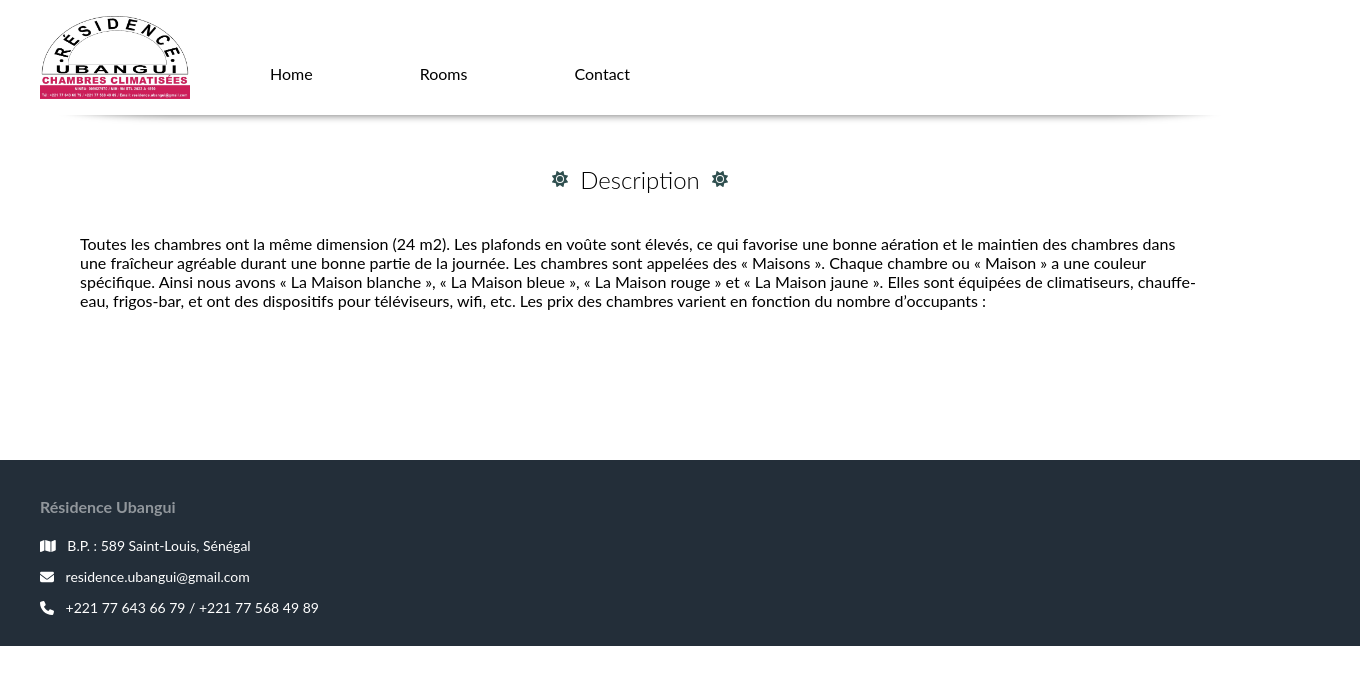
Repository: Nedjim/ubangui
Page: /rooms
An editor plug-in stored every save of this project. The page is shown before and after the next save, followed by the edit.
The browser window is 1280 px wide. The page is 1360 px wide, so the pictures cover 1360 px, including what lies to the right of the window. The pictures show the whole page.
The project was rebuilt for these pictures with package versions that can differ from the ones it lists, and the page was loaded fresh each time. The framework's server and built-in components were replaced by stand-ins that run in the browser. Also part of the build but not shown: nuxt.config.ts, components/Carousel.vue, components/Test.vue, components/Title.vue.

Above is the page before, as saved 2024-01-14 12:44:47.

After the next save:
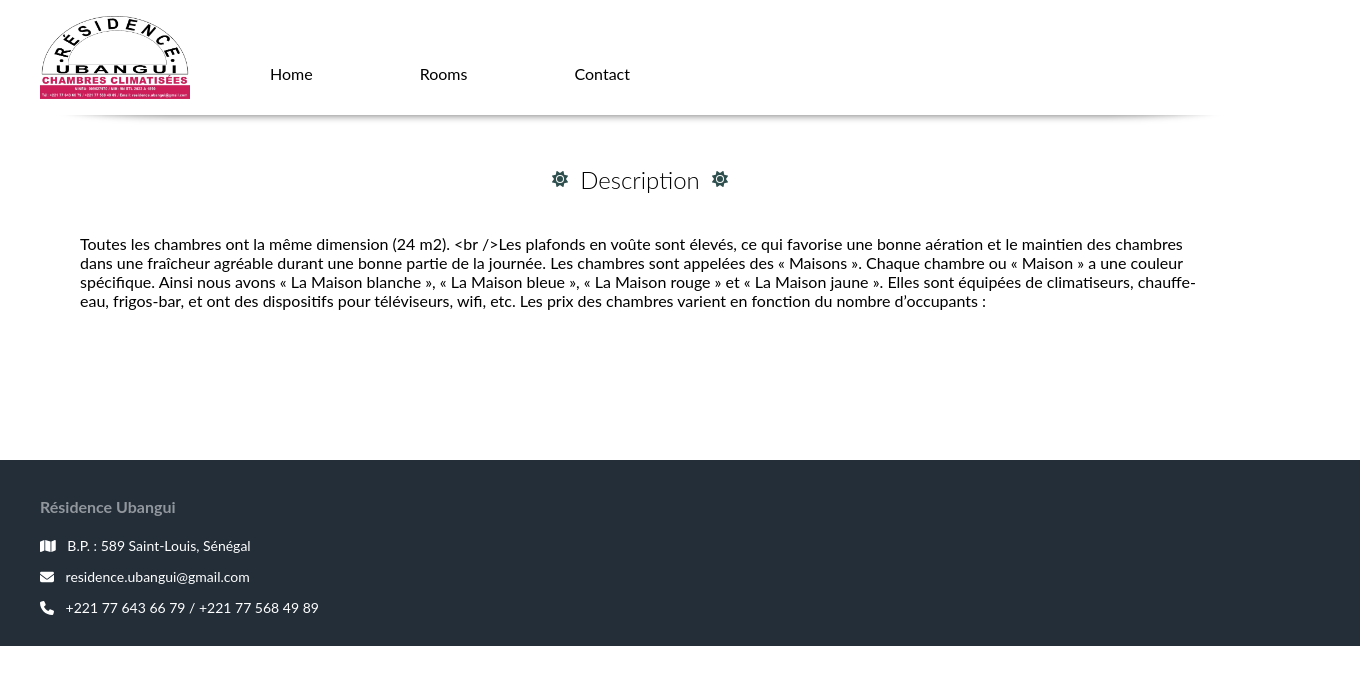
Saved 106 s later.
--- a/pages/rooms.vue
+++ b/pages/rooms.vue
@@ -1,6 +1,6 @@
 <script setup lang="ts">
 const content =
-  "Toutes les chambres ont la même dimension (24 m2). \nLes plafonds en voûte sont élevés, ce qui favorise une bonne aération et le maintien des chambres dans une fraîcheur agréable durant une bonne partie de la journée. Les chambres sont appelées des « Maisons ». Chaque chambre ou « Maison » a une couleur spécifique. Ainsi nous avons « La  Maison blanche », « La Maison bleue », « La Maison rouge » et « La Maison jaune ». Elles sont équipées de climatiseurs, chauffe-eau, frigos-bar,  et ont des dispositifs  pour téléviseurs, wifi, etc. Les prix des chambres varient en fonction du nombre  d’occupants :";
+  "Toutes les chambres ont la même dimension (24 m2). <br />Les plafonds en voûte sont élevés, ce qui favorise une bonne aération et le maintien des chambres dans une fraîcheur agréable durant une bonne partie de la journée. Les chambres sont appelées des « Maisons ». Chaque chambre ou « Maison » a une couleur spécifique. Ainsi nous avons « La  Maison blanche », « La Maison bleue », « La Maison rouge » et « La Maison jaune ». Elles sont équipées de climatiseurs, chauffe-eau, frigos-bar,  et ont des dispositifs  pour téléviseurs, wifi, etc. Les prix des chambres varient en fonction du nombre  d’occupants :";
 </script>
 
 <template>

After the save that followed:
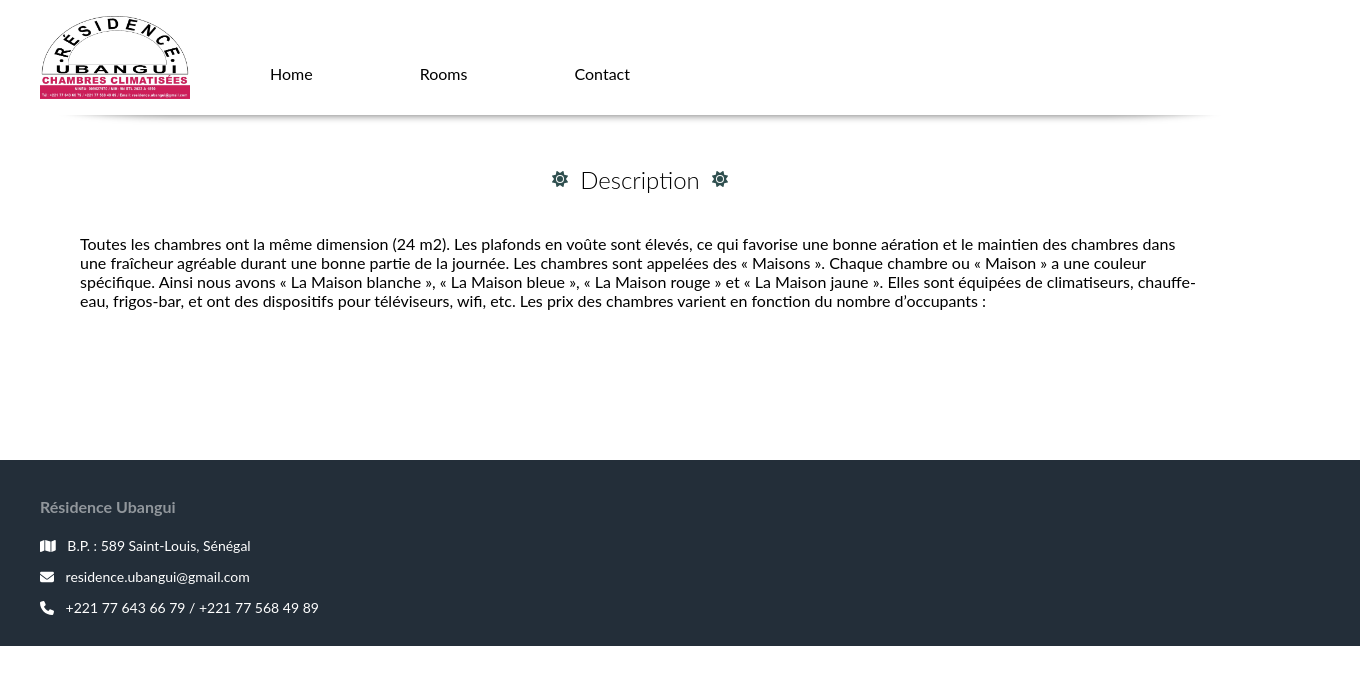
Saved 9 s later.
--- a/pages/rooms.vue
+++ b/pages/rooms.vue
@@ -1,6 +1,6 @@
 <script setup lang="ts">
 const content =
-  "Toutes les chambres ont la même dimension (24 m2). <br />Les plafonds en voûte sont élevés, ce qui favorise une bonne aération et le maintien des chambres dans une fraîcheur agréable durant une bonne partie de la journée. Les chambres sont appelées des « Maisons ». Chaque chambre ou « Maison » a une couleur spécifique. Ainsi nous avons « La  Maison blanche », « La Maison bleue », « La Maison rouge » et « La Maison jaune ». Elles sont équipées de climatiseurs, chauffe-eau, frigos-bar,  et ont des dispositifs  pour téléviseurs, wifi, etc. Les prix des chambres varient en fonction du nombre  d’occupants :";
+  "Toutes les chambres ont la même dimension (24 m2). Les plafonds en voûte sont élevés, ce qui favorise une bonne aération et le maintien des chambres dans une fraîcheur agréable durant une bonne partie de la journée. Les chambres sont appelées des « Maisons ». Chaque chambre ou « Maison » a une couleur spécifique. Ainsi nous avons « La  Maison blanche », « La Maison bleue », « La Maison rouge » et « La Maison jaune ». Elles sont équipées de climatiseurs, chauffe-eau, frigos-bar,  et ont des dispositifs  pour téléviseurs, wifi, etc. Les prix des chambres varient en fonction du nombre  d’occupants :";
 </script>
 
 <template>
